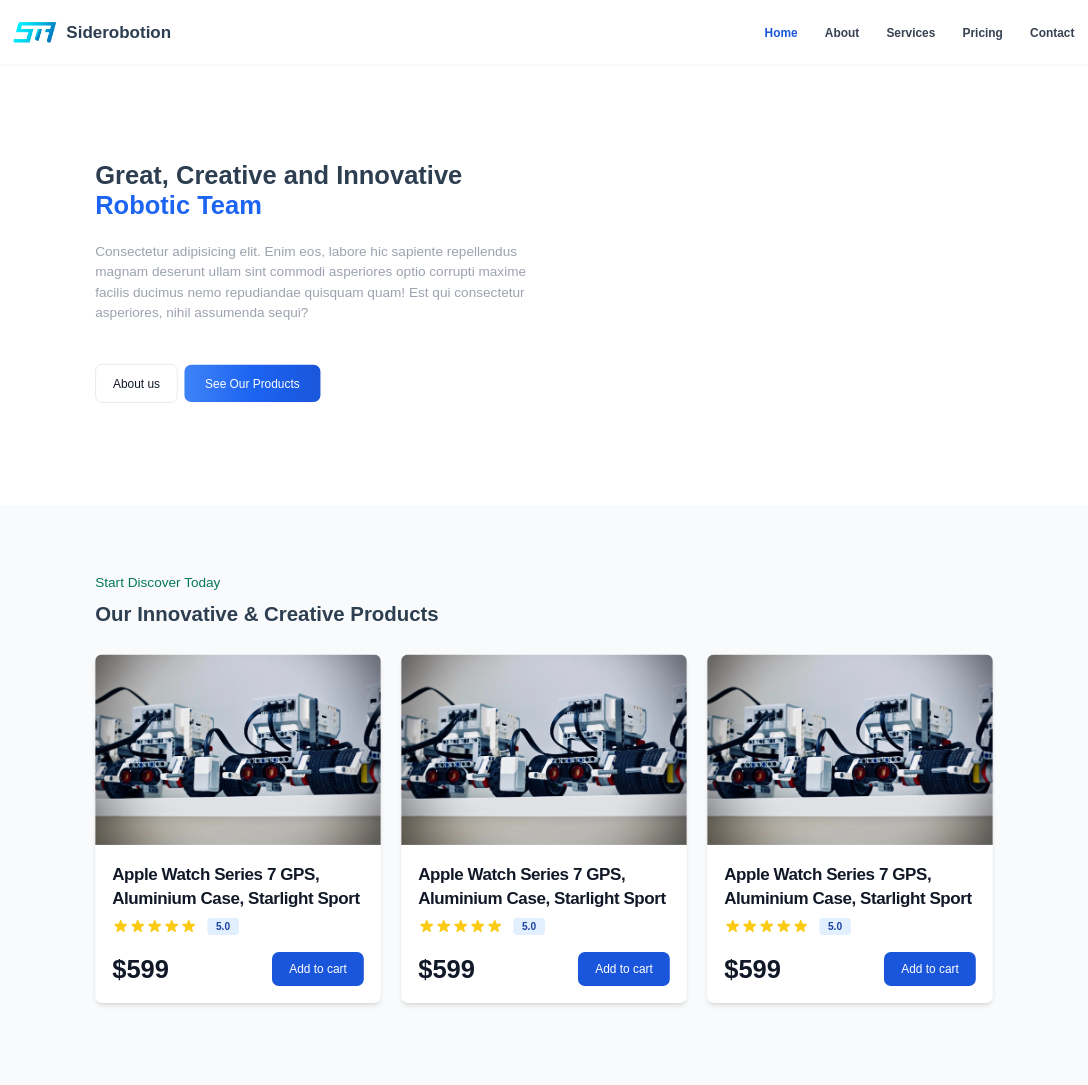
Repository: khulqu15/siderobotion
Page: /
These files come from the project's save history. The page is drawn as it stood at one moment and after the next save; the edit follows.
The browser window is 1280 px wide. The pictures show the whole page, at 85% of full size.
The project was rebuilt for these pictures with package versions that can differ from the ones it lists, and the page was loaded fresh each time. Also part of the build but not shown: vue.config.js.

Above is the page before, as saved 2022-06-12 02:33:56.

After the next save:
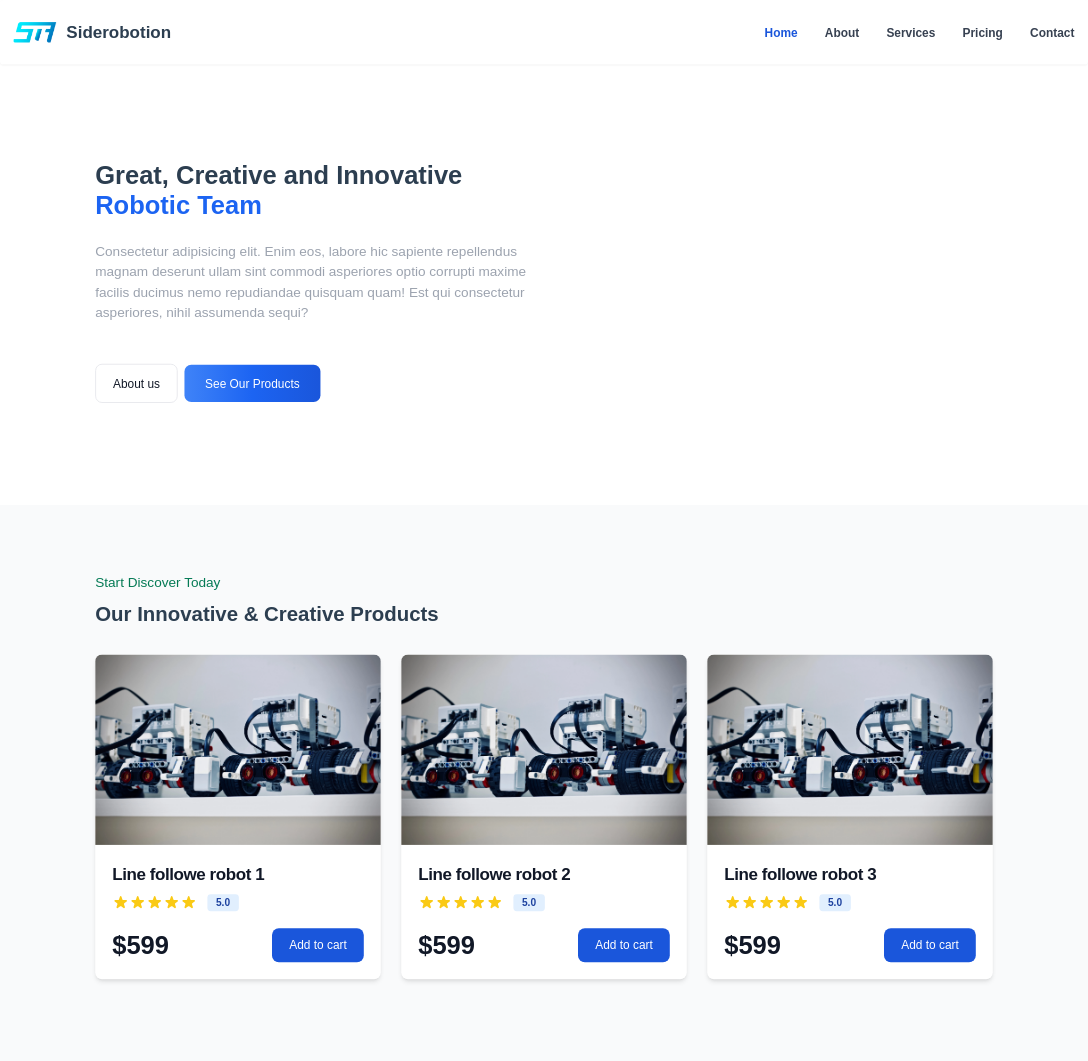
Saved 19 s later.
--- a/src/views/HomeView.vue
+++ b/src/views/HomeView.vue
@@ -23,7 +23,7 @@
             </a>
             <div class="p-5">
               <a href="#">
-                <h5 class="text-xl font-semibold tracking-tight text-gray-900 dark:text-white">Apple Watch Series 7 GPS, Aluminium Case, Starlight Sport</h5>
+                <h5 class="text-xl font-semibold tracking-tight text-gray-900 dark:text-white">Line followe robot {{ item }}</h5>
               </a>
               <div class="flex items-center mt-2.5 mb-5">
                 <svg class="w-5 h-5 text-yellow-300" fill="currentColor" viewBox="0 0 20 20" xmlns="http://www.w3.org/2000/svg"><path d="M9.049 2.927c.3-.921 1.603-.921 1.902 0l1.07 3.292a1 1 0 00.95.69h3.462c.969 0 1.371 1.24.588 1.81l-2.8 2.034a1 1 0 00-.364 1.118l1.07 3.292c.3.921-.755 1.688-1.54 1.118l-2.8-2.034a1 1 0 00-1.175 0l-2.8 2.034c-.784.57-1.838-.197-1.539-1.118l1.07-3.292a1 1 0 00-.364-1.118L2.98 8.72c-.783-.57-.38-1.81.588-1.81h3.461a1 1 0 00.951-.69l1.07-3.292z"></path></svg>
